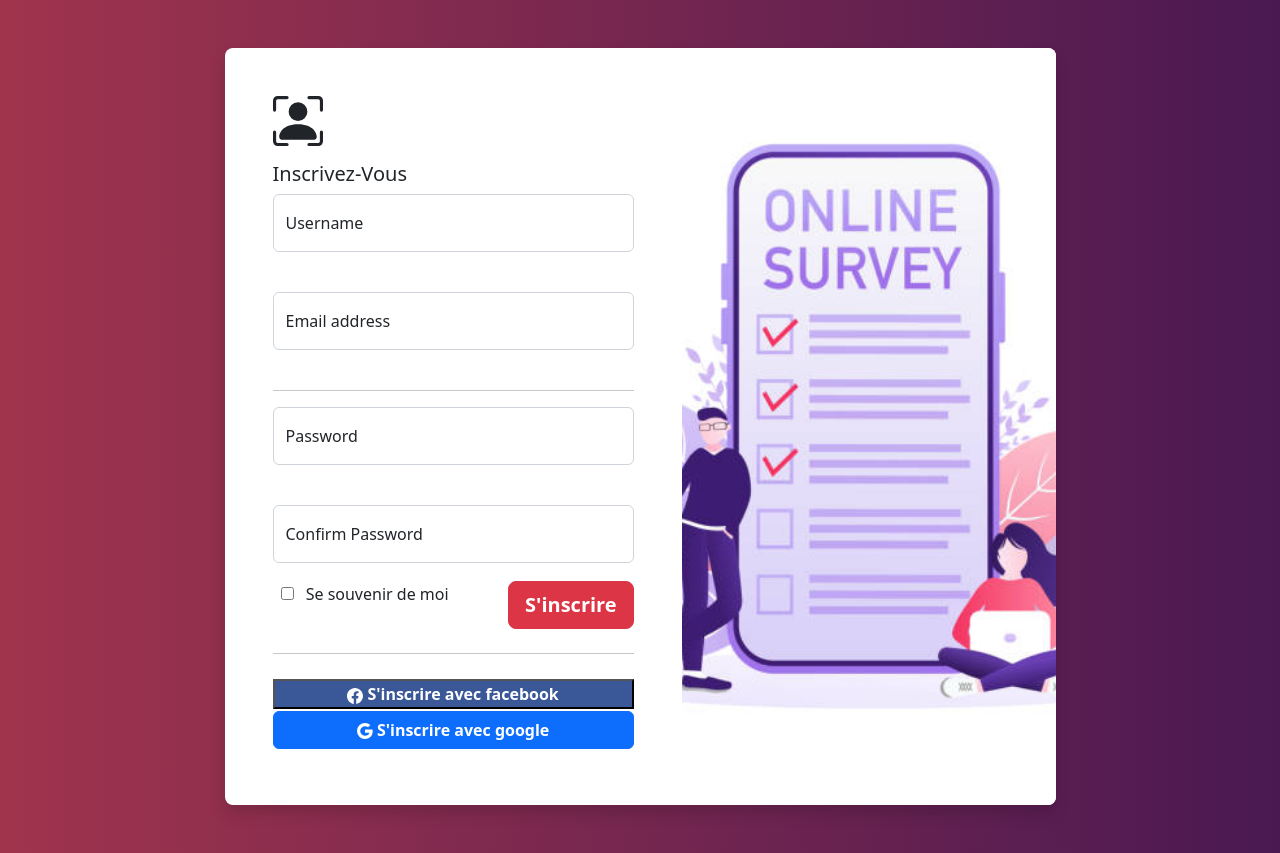
Repository: Djiamil/testsMoustaphaDER
Page: index.html
An editor plug-in stored every save of this project. The page is shown before and after the next save, followed by the edit.
The browser window is 1280 px wide. The pictures show the whole page.

Above is the page before, as saved 2022-12-09 00:39:43.

After the next save:
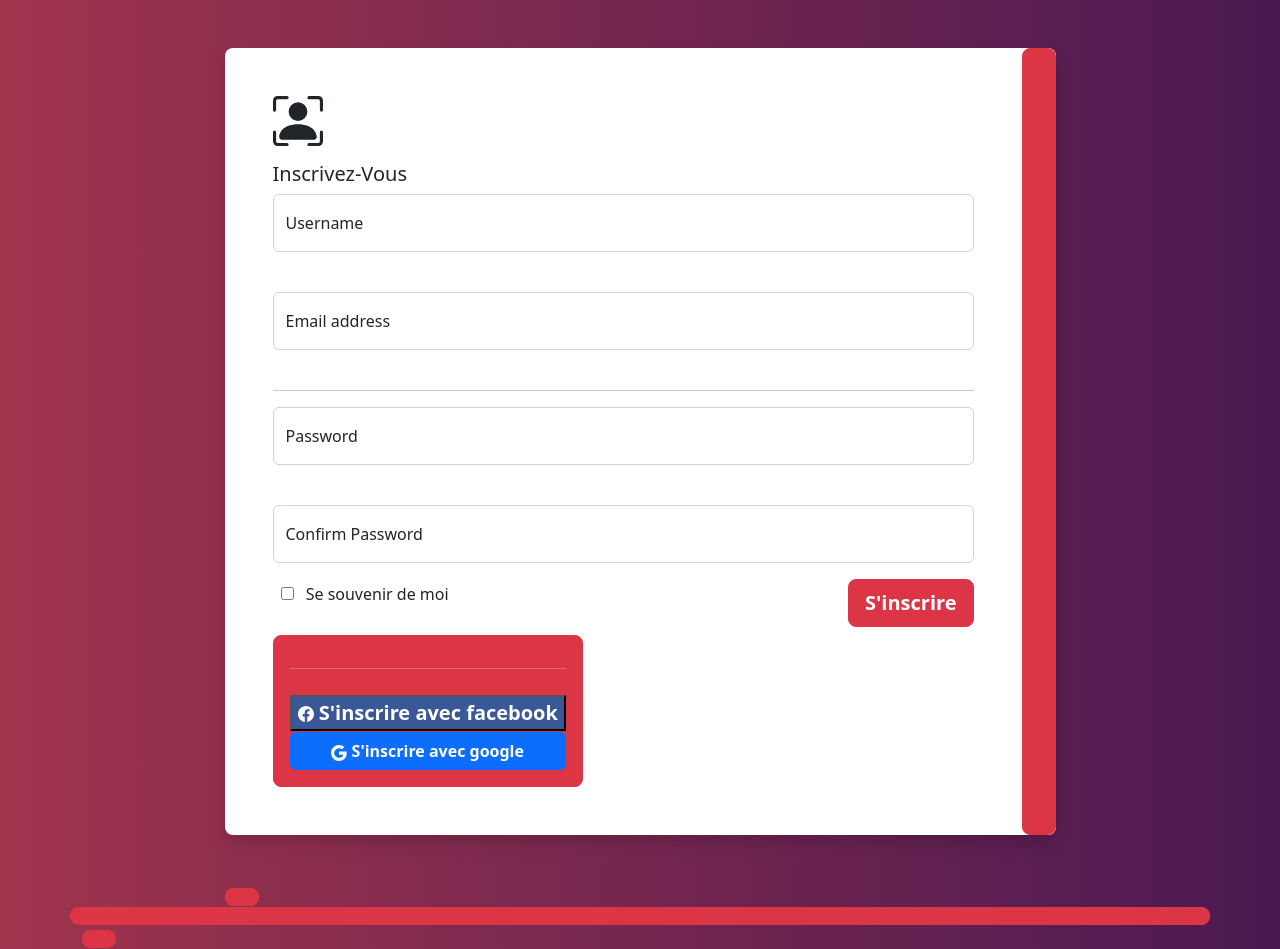
Saved 18 s later.
--- a/index.html
+++ b/index.html
@@ -53,7 +53,7 @@
                             <input type="checkbox" value="" class="m-2">
                             Se souvenir de moi
                         </div>
-                        <button class="btn btn-lg btn-danger btn-login fw-bold  mr-25" id="btninscription">S'inscrire</button>
+                        <b class="btn btn-lg btn-danger btn-login fw-bold  mr-25" id="btninscription">S'inscrire</button>
                     </div>
 
                     <hr class="my-4">

After the 2 saves that followed:
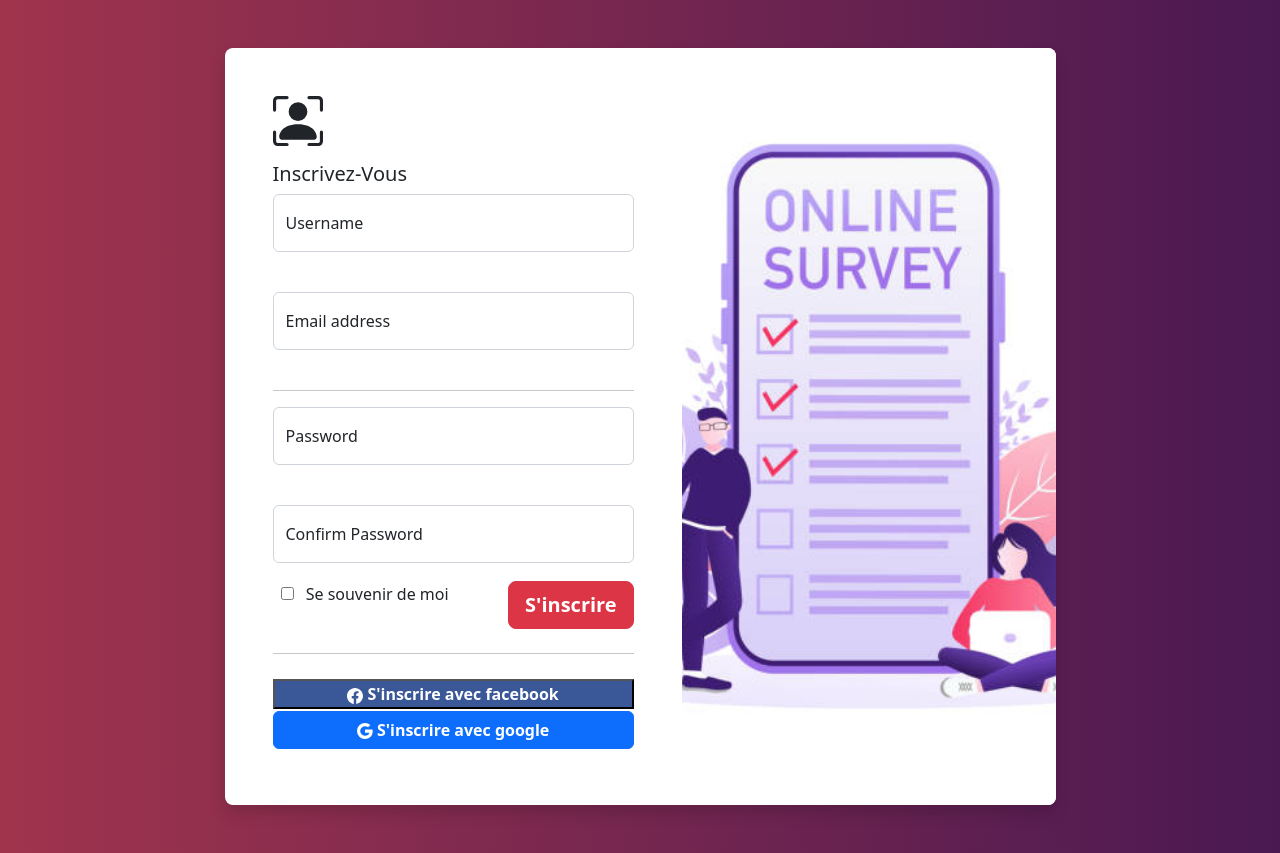
The 2 saves are shown as one change because 1 left the picture as it was.
The last was saved 9 s later.
--- a/index.html
+++ b/index.html
@@ -53,7 +53,7 @@
                             <input type="checkbox" value="" class="m-2">
                             Se souvenir de moi
                         </div>
-                        <b class="btn btn-lg btn-danger btn-login fw-bold  mr-25" id="btninscription">S'inscrire</button>
+                        <button class="btn btn-lg btn-danger btn-login fw-bold  mr-25" id="btninscription">S'inscrire</button>
                     </div>
 
                     <hr class="my-4">
